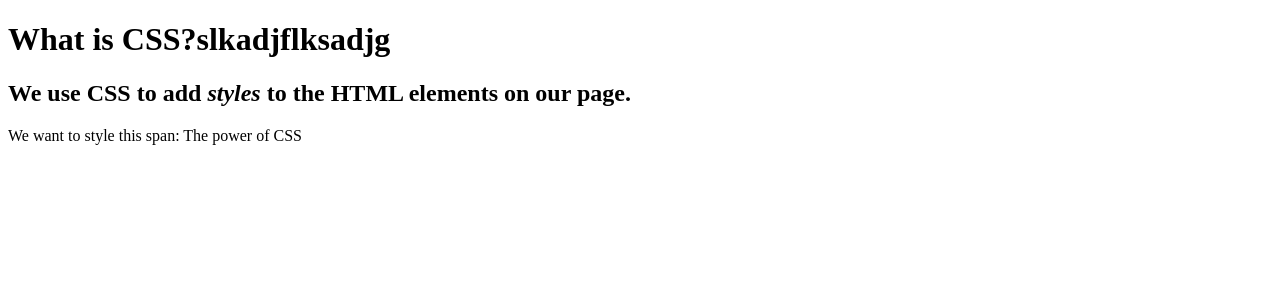
Repository: 3EyEdRav3n/10-2020-cohort-course
Page: week-1/day-3/index.html
These files come from the project's save history. The page is drawn as it stood at one moment and after the next save; the edit follows.
The browser window is 1280 px wide. The pictures show the whole page.

Above is the page before, as saved 2020-10-28 19:55:47.

After the next save:
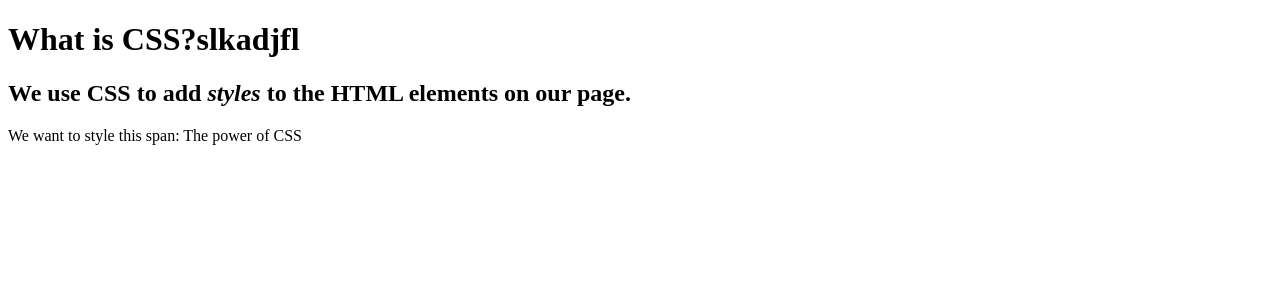
Saved 49 s later.
--- a/week-1/day-3/index.html
+++ b/week-1/day-3/index.html
@@ -6,7 +6,7 @@
     <title>Document</title>
   </head>
   <body>
-    <h1>What is CSS?slkadjflksadjg</h1>
+    <h1>What is CSS?slkadjfl</h1>
     <h2>We use CSS to add <em>styles</em> to the HTML elements on our page.</h2>
 
     <p>We want to style this span: <span>The power of CSS</span></p>
